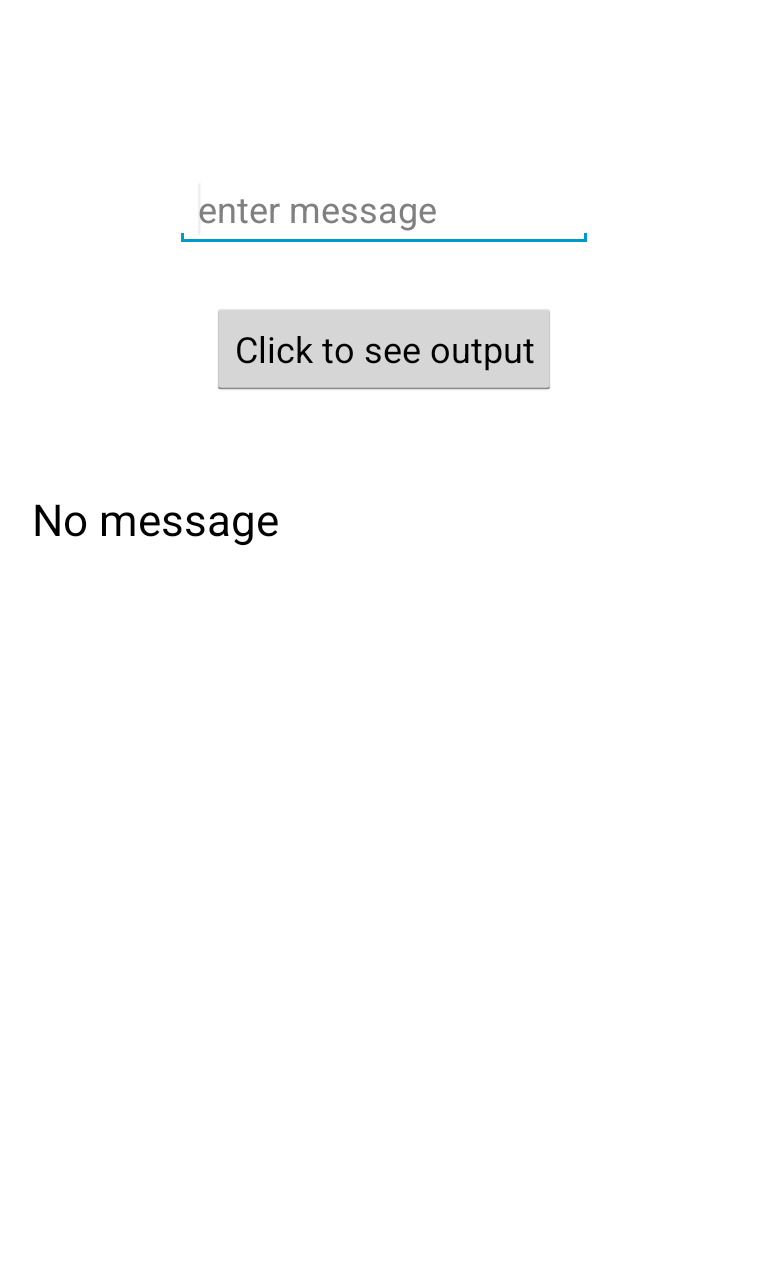
Repository: MadhuHS/BMAA1
Layout: MyApp/res/layout/activity_main.xml
These files come from the project's save history. The layout is drawn as it stood at one moment and after the next save; the edit follows.
It is drawn on a 768 x 1280 px phone screen (xhdpi) without system bars, with theme AppTheme; the app's code is not run.

Above is the layout before, as saved 2016-03-23 08:47:16.

After the next save:
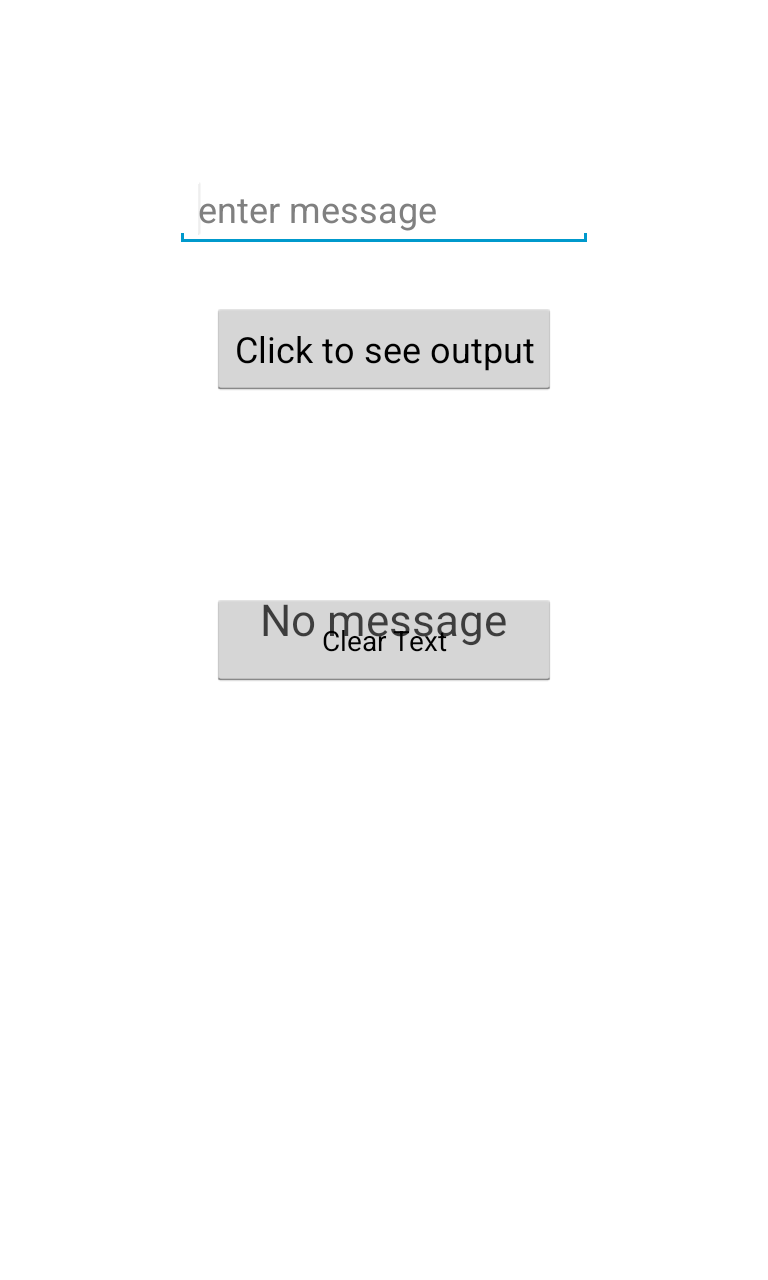
Saved 22 h 58 min later.
--- a/MyApp/res/layout/activity_main.xml
+++ b/MyApp/res/layout/activity_main.xml
@@ -35,11 +35,20 @@
         android:id="@+id/textViewoutput"
         android:layout_width="wrap_content"
         android:layout_height="wrap_content"
-        android:layout_alignParentLeft="true"
-        android:layout_alignParentRight="true"
         android:layout_below="@+id/buttonoutput"
-        android:layout_marginTop="46dp"
+        android:layout_centerHorizontal="true"
+        android:layout_marginTop="96dp"
         android:text="No message"
         android:textAppearance="?android:attr/textAppearanceLarge" />
 
+    <Button
+        android:id="@+id/buttonclear"
+        style="?android:attr/buttonStyleSmall"
+        android:layout_width="wrap_content"
+        android:layout_height="wrap_content"
+        android:layout_alignLeft="@+id/buttonoutput"
+        android:layout_alignRight="@+id/buttonoutput"
+        android:layout_centerVertical="true"
+        android:text="Clear Text" />
+
 </RelativeLayout>
